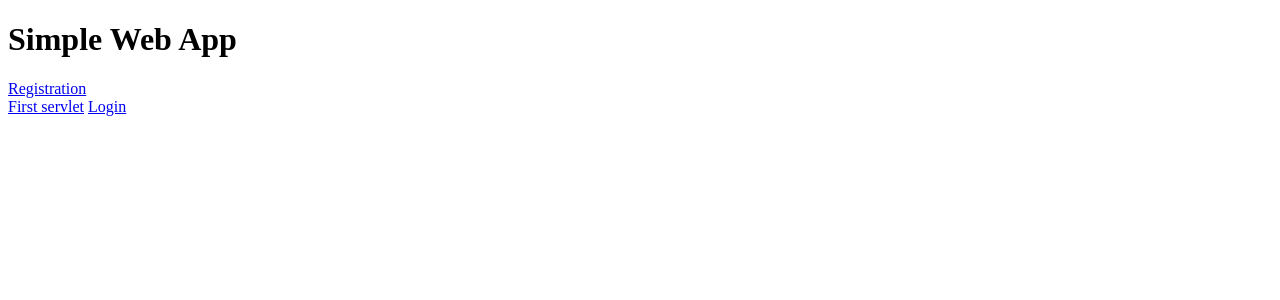
Repository: KritiDangi/JavaEEfullStack
Page: eclipse-workspace/Simple Web/WebContent/index.html
These files come from the project's save history. The page is drawn as it stood at one moment and after the next save; the edit follows.
The browser window is 1280 px wide. The pictures show the whole page.

Above is the page before, as saved 2018-07-27 06:31:03.

After the next save:
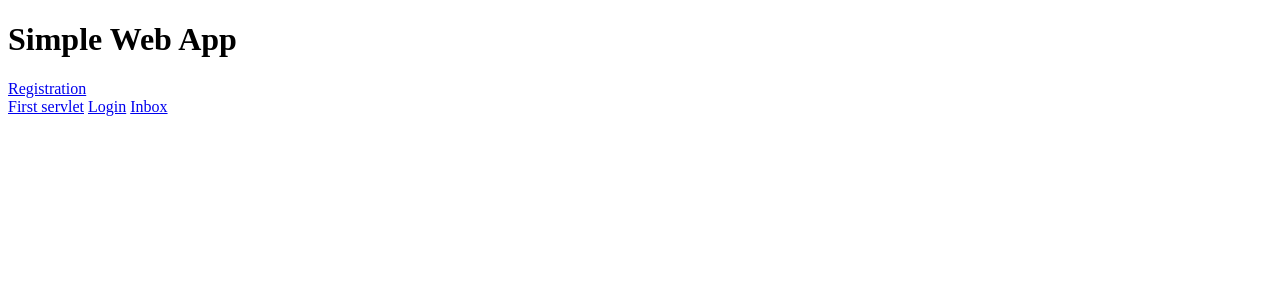
Saved 5 min 22 s later.
--- a/eclipse-workspace/Simple Web/WebContent/index.html
+++ b/eclipse-workspace/Simple Web/WebContent/index.html
@@ -10,5 +10,6 @@
 <br>
 <a href="first">First servlet</a> <!-- Hands over to the engine.Within engine , finds if there is an appropriate servlet-->
 <a href="login.html">Login</a>
+<a href="inboxServlet">Inbox</a>
 </body>
 </html>
